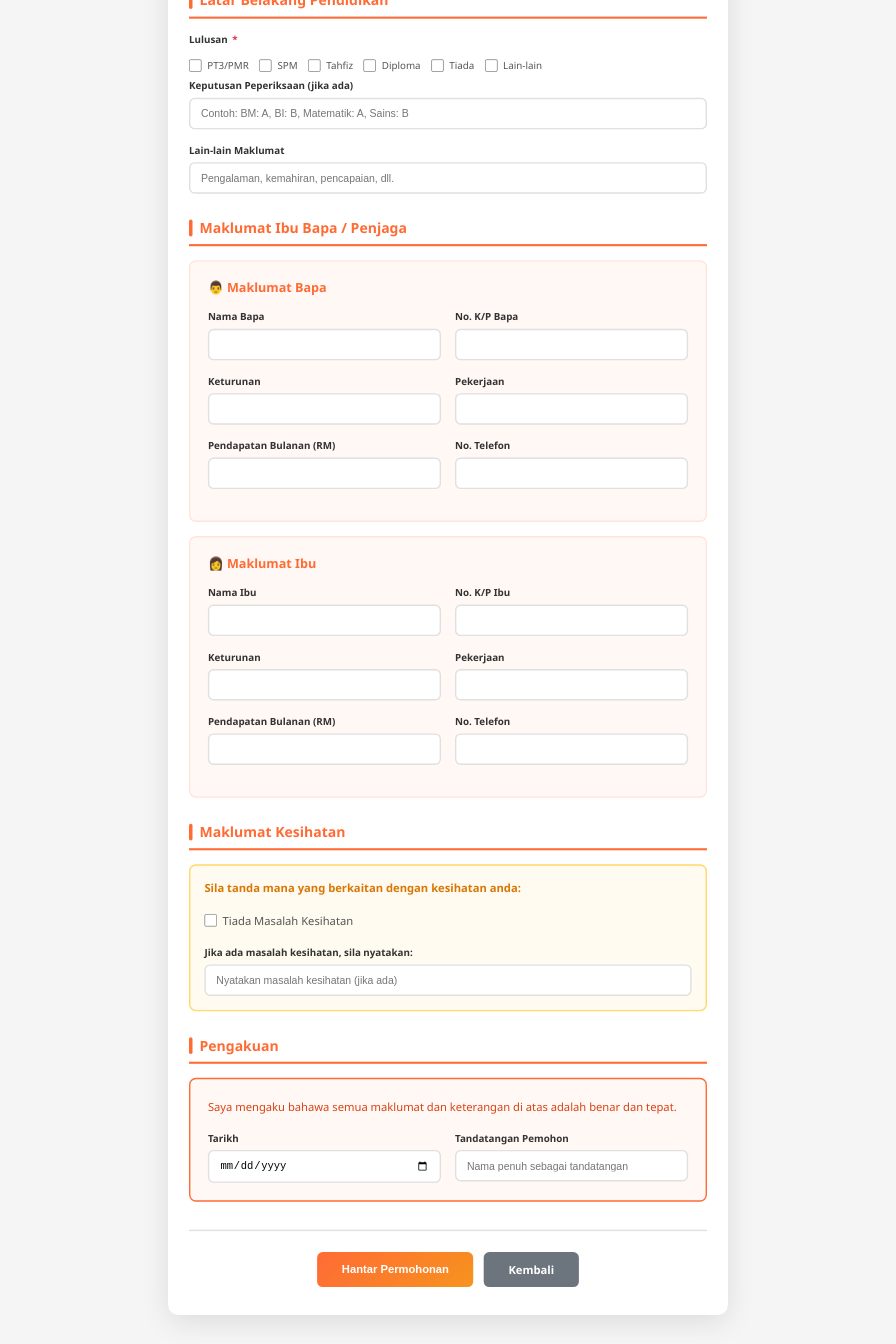
Repository: Aliyamai/SPB1K
Page: borangElektrik.html
An editor plug-in stored every save of this project. The page is shown before and after the next save, followed by the edit.
The browser window is 1280 px wide. The pictures show the part of the page from y = 1054 to 2974 px (the page is 2974 px tall before and 2899 px after), at 70% of full size.

Above is the page before, as saved 2025-11-21 10:51:02.

After the next save:
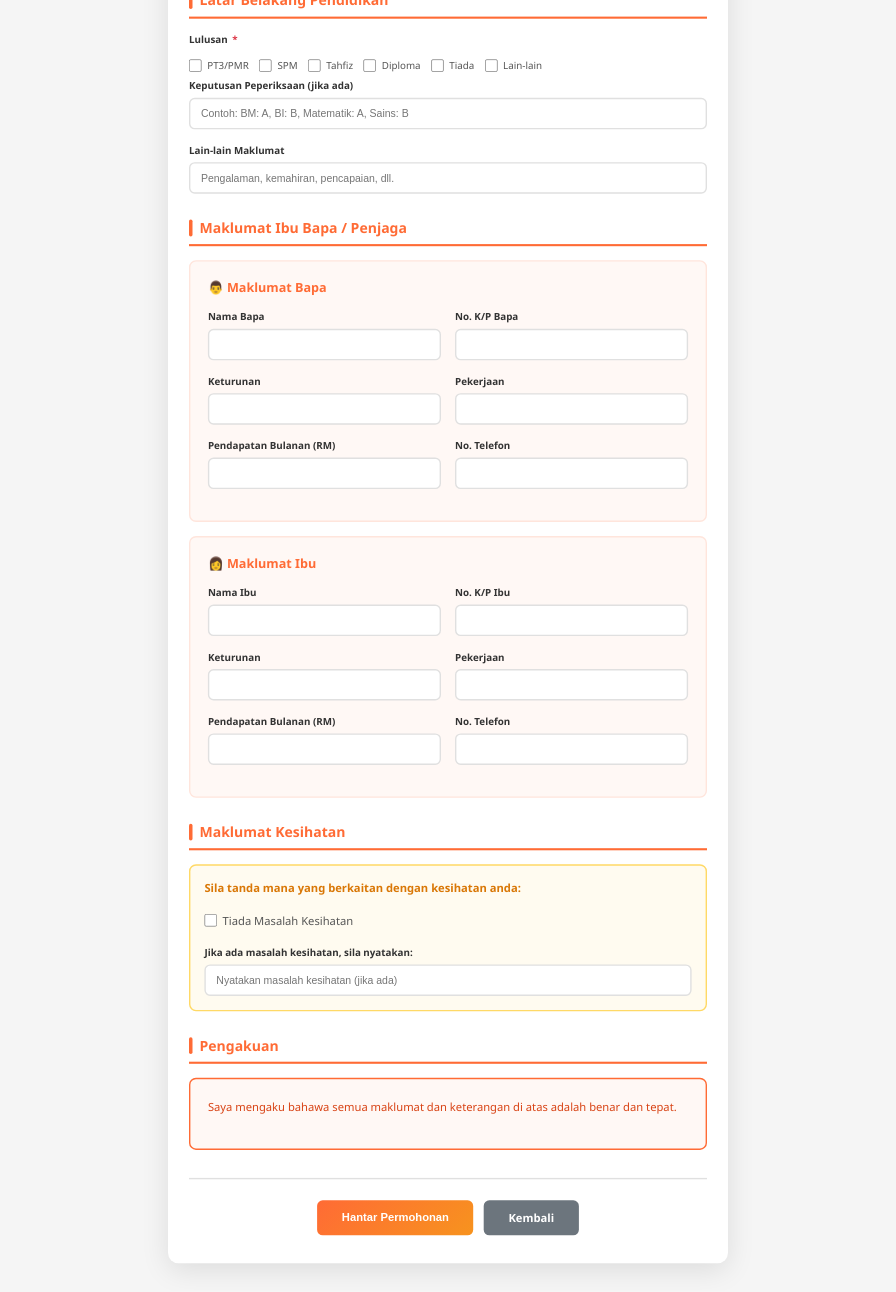
Saved 46 s later.
--- a/borangElektrik.html
+++ b/borangElektrik.html
@@ -492,17 +492,6 @@
 
         <div class="declaration-box">
           <p>Saya mengaku bahawa semua maklumat dan keterangan di atas adalah benar dan tepat.</p>
-
-          <div class="signature-grid">
-            <div class="form-field">
-              <label>Tarikh</label>
-              <input type="date" name="tarikh">
-            </div>
-            <div class="form-field">
-              <label>Tandatangan Pemohon</label>
-              <input type="text" name="tandatangan" placeholder="Nama penuh sebagai tandatangan">
-            </div>
-          </div>
         </div>
       </div>
 
